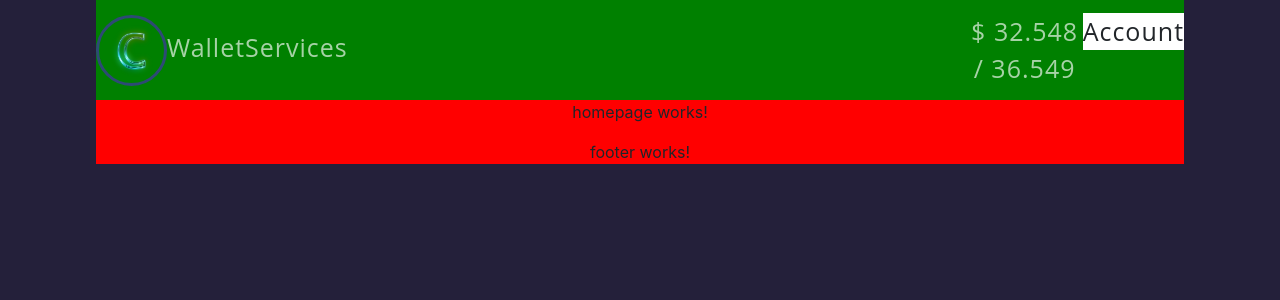
Repository: YuriyBen/Corzbank
Page: / (app in Corzbank.Web/ClientApp/)
The author's editor kept a copy of each file at every save. The page is drawn from the files as they stood at one save, then again after the next save.
The browser window is 1280 px wide. The pictures show the whole page.
The project was rebuilt for these pictures with package versions that can differ from the ones it lists, and the page was loaded fresh each time. Also part of the build but not shown: Corzbank.Web/ClientApp/angular.json.

Above is the page before, as saved 2022-05-19 19:45:45.

After the next save:
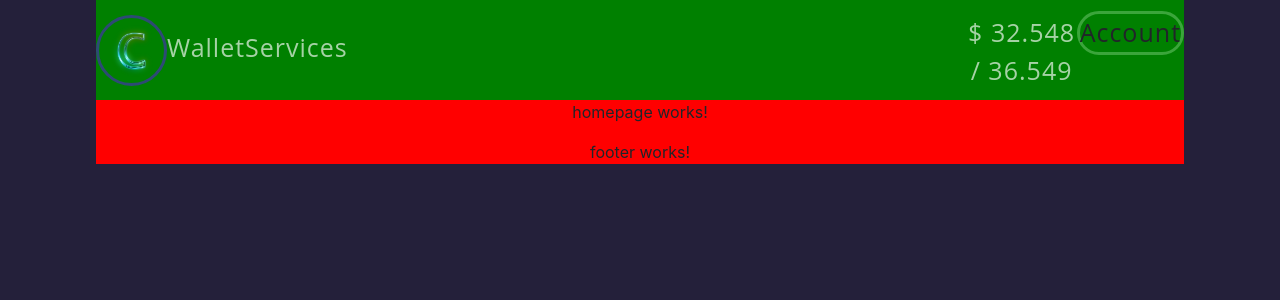
Saved 10 min 14 s later.
--- a/Corzbank.Web/ClientApp/src/app/header/header.component.scss
+++ b/Corzbank.Web/ClientApp/src/app/header/header.component.scss
@@ -32,5 +32,7 @@
     width: 65px;
 }
 .right-block .account{
-    background-color: white;
+    border-radius: 32px;
+    background: transparent;
+    border: 3px solid #3ba53b;
 }
